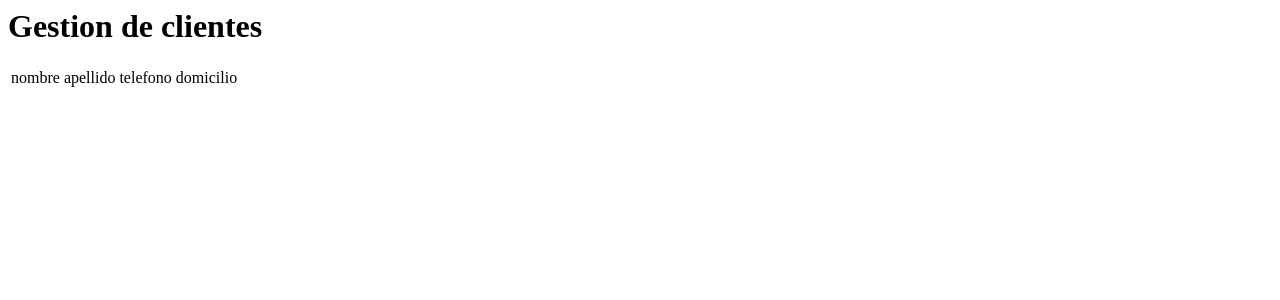
Repository: geraldine-ventura/Practicando.net
Page: index 2.html
The author's editor kept a copy of each file at every save. The page is drawn from the files as they stood at one save, then again after the next save.
The browser window is 1280 px wide. The pictures show the whole page.

Above is the page before, as saved 2022-12-20 10:54:25.

After the next save:
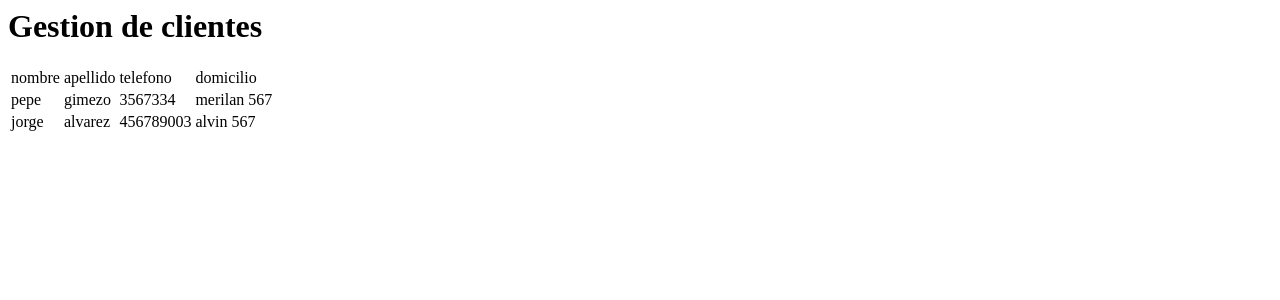
Saved 5 min 5 s later.
--- a/index 2.html
+++ b/index 2.html
@@ -6,4 +6,16 @@
         <td>telefono</td>
         <td>domicilio</td>
     </tr>
+    <tr>
+        <td>pepe</td>
+        <td>gimezo</td>
+        <td>3567334</td>
+        <td>merilan 567</td>
+    </tr>
+    <tr>
+        <td>jorge</td>
+        <td>alvarez</td>
+        <td>456789003</td>
+        <td>alvin 567</td>
+    </tr>
 </table>
